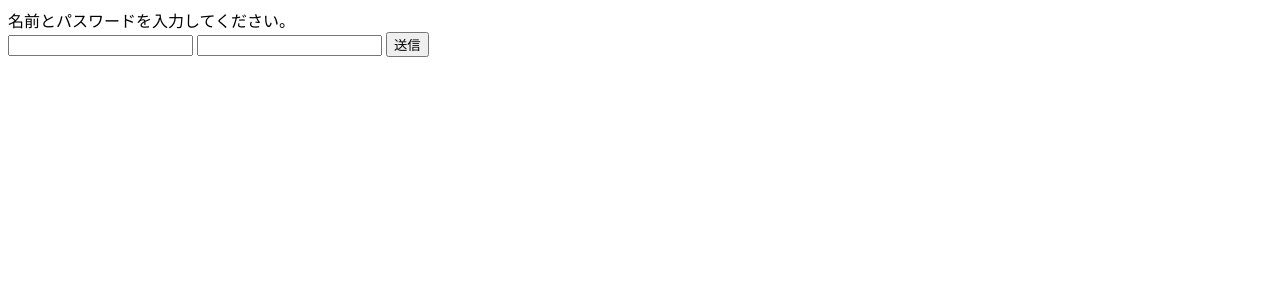
Repository: fujita0830/learning
Page: http://localhost/HelloServlet/welcome.jsp
The author's editor kept a copy of each file at every save. The page is drawn from the files as they stood at one save, then again after the next save.
The browser window is 1280 px wide. The pictures show the whole page.
The page is served by Tomcat 9. Other server files are loaded and not shown.

Above is the page before, as saved 2018-12-19 02:33:33.

### HelloServlet/WebContent/welcome.jsp
<%@ page language="java" contentType="text/html; charset=UTF-8"
    pageEncoding="UTF-8"%>
<!DOCTYPE html PUBLIC "-//W3C//DTD HTML 4.01 Transitional//EN" "http://www.w3.org/TR/html4/loose.dtd">
<html>
<head>
<meta http-equiv="Content-Type" content="text/html; charset=UTF-8">
<title>WELCOME</title>
</head>

<body>
名前とパスワードを入力してください。

<form method="post" action="WelcomeServlet">
<input type="text" name="username">
<input type="password" name="password">
<input type="submit" value="送信">




</form>

</body>
</html>

After the next save:
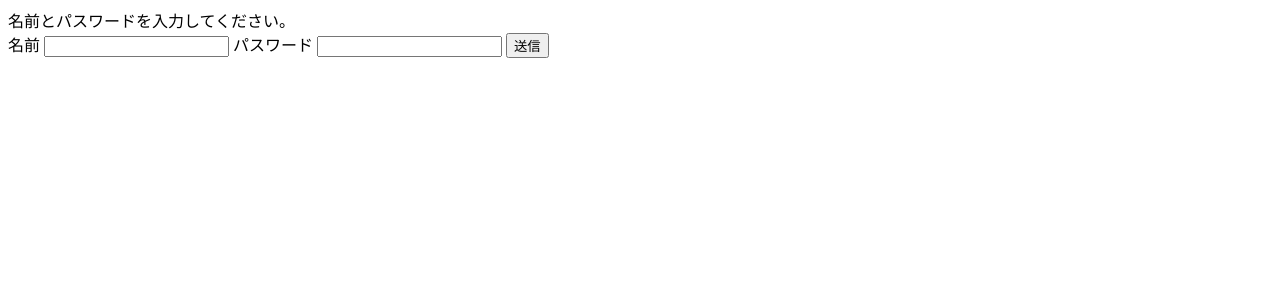
Saved 3 min 13 s later.
--- a/HelloServlet/WebContent/welcome.jsp
+++ b/HelloServlet/WebContent/welcome.jsp
@@ -11,7 +11,9 @@
 名前とパスワードを入力してください。
 
 <form method="post" action="WelcomeServlet">
+名前
 <input type="text" name="username">
+パスワード
 <input type="password" name="password">
 <input type="submit" value="送信">
 
